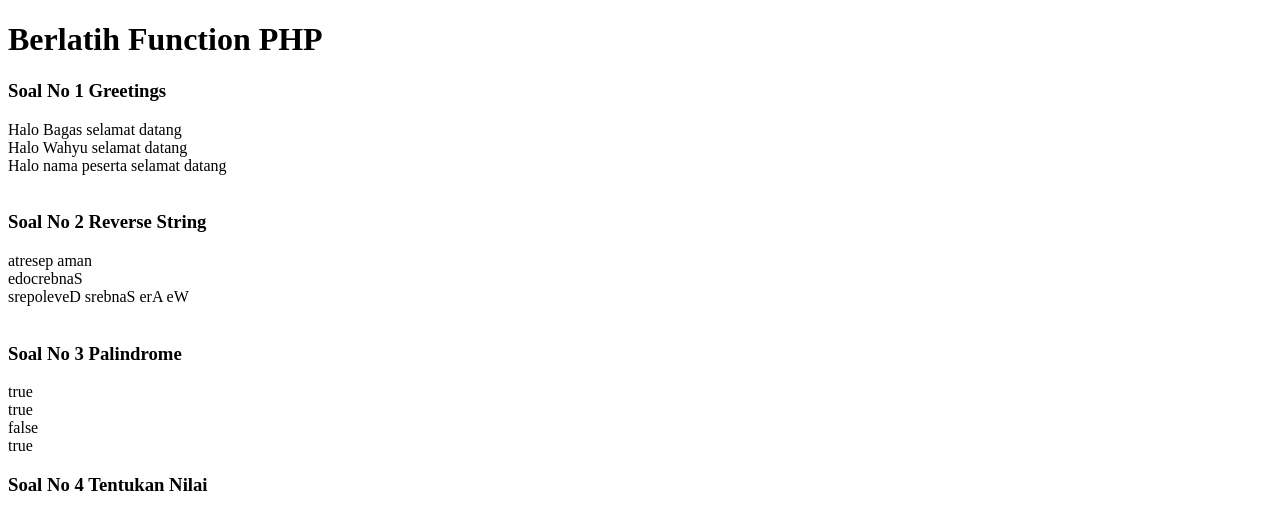
Repository: mfarhannr/IM-Sanbercode-Laravel-Web-Dev
Page: http://localhost/function-conditional.php
An editor plug-in stored every save of this project. The page is shown before and after the next save, followed by the edit.
The browser window is 1280 px wide. The pictures show the whole page.
The page is run by PHP 8.4 with error messages shown; the project is at /var/www/html/.

Above is the page before, as saved 2023-10-06 13:27:05.

### Soal-8-PHP/function-conditional.php
<!DOCTYPE html>
<html lang="en">

<head>
<meta charset="UTF-8">
<meta name="viewport" content="width=device-width, initial-scale=1.0">
<meta http-equiv="X-UA-Compatible" content="ie=edge">
<title>Function</title>
</head>

<body>
<h1>Berlatih Function PHP</h1>
<?php

echo "<h3> Soal No 1 Greetings </h3>";
/*
Soal No 1
Greetings
Buatlah sebuah function greetings() yang menerima satu parameter berupa string.

contoh: greetings("abduh");
Output: "Halo Abduh, Selamat Datang di Sanbercode!"
*/

// Code function di sini
function greetings($nama){
    echo "Halo ". $nama . " selamat datang <br>";
}

// Hapus komentar untuk menjalankan code!
greetings("Bagas");
greetings("Wahyu");
greetings("nama peserta");

echo "<br>";

echo "<h3>Soal No 2 Reverse String</h3>";
/*
Soal No 2
Reverse String
Buatlah sebuah function reverseString() untuk mengubah string berikut menjadi kebalikannya menggunakan function dan looping (for/while/do while).
Function reverseString menerima satu parameter berupa string.
NB: DILARANG menggunakan built-in function PHP sepert strrev(), HANYA gunakan LOOPING!

reverseString("abdul");
Output: ludba

*/

// Code function di sini
function reverse($kata1){
    $panjangKata = strlen($kata1);
    $tampung = "";
    for($i=($panjangKata - 1 ); $i>=0; $i--){
        $tampung .= $kata1[$i];
    }
    return $tampung;
}

function reverseString($kata2){
    $string=reverse($kata2);
    echo  $string . "<br>";
}

// Hapus komentar di bawah ini untuk jalankan Code
reverseString("nama peserta");
reverseString("Sanbercode");
reverseString("We Are Sanbers Developers");
echo "<br>";

echo "<h3>Soal No 3 Palindrome </h3>";
/*
Soal No 3
Palindrome
Buatlah sebuah function yang menerima parameter berupa string yang mengecek apakah string tersebut sebuah palindrome atau bukan.
Palindrome adalah sebuah kata atau kalimat yang jika dibalik akan memberikan kata yang sama contohnya: katak, civic.
Jika string tersebut palindrome maka akan mengembalikan nilai true, sedangkan jika bukan palindrome akan mengembalikan false.
NB:
Contoh:
palindrome("katak") => output : "true"
palindrome("jambu") => output : "false"
NB: DILARANG menggunakan built-in function PHP seperti strrev() dll. Gunakan looping seperti biasa atau gunakan function reverseString dari jawaban no.2!

*/


// Code function di sini
function palindrome($str) {
    $str = strtolower($str); // Mengubah semua huruf kecil
    $len = strlen($str);

    for ($i = 0; $i < $len/2; $i++) {
        if ($str[$i] != $str[$len - $i - 1]) {
            return "false";
        }
    }

    return "true";
}

// Hapus komentar di bawah ini untuk jalankan code
echo palindrome("civic") . "<br>"; // Output: true
echo palindrome("nababan"). "<br>"; // Output: true
echo palindrome("jambaban"). "<br>"; // Output: false
echo palindrome("racecar"). "<br>"; // Output: true

echo "<h3>Soal No 4 Tentukan Nilai </h3>";
/*
Soal 4
buatlah sebuah function bernama tentukan_nilai . Di dalam function tentukan_nilai yang menerima parameter
berupa integer. dengan ketentuan jika paramater integer lebih besar dari sama dengan 85 dan lebih kecil sama dengan 100 maka akan mereturn String “Sangat Baik”
Selain itu jika parameter integer lebih besar sama dengan 70 dan lebih kecil dari 85 maka akan mereturn string “Baik” selain itu jika parameter number lebih besar
sama dengan 60 dan lebih kecil dari 70 maka akan mereturn string “Cukup” selain itu maka akan mereturn string “Kurang”
*/

// Code function di sini
function tentukan_nilai($angka){

}
// Hapus komentar di bawah ini untuk jalankan code
// echo tentukan_nilai(98); //Sangat Baik
// echo tentukan_nilai(76); //Baik
// echo tentukan_nilai(67); //Cukup
// echo tentukan_nilai(43); //Kurang


?>

</body>

</html>

After the next save:
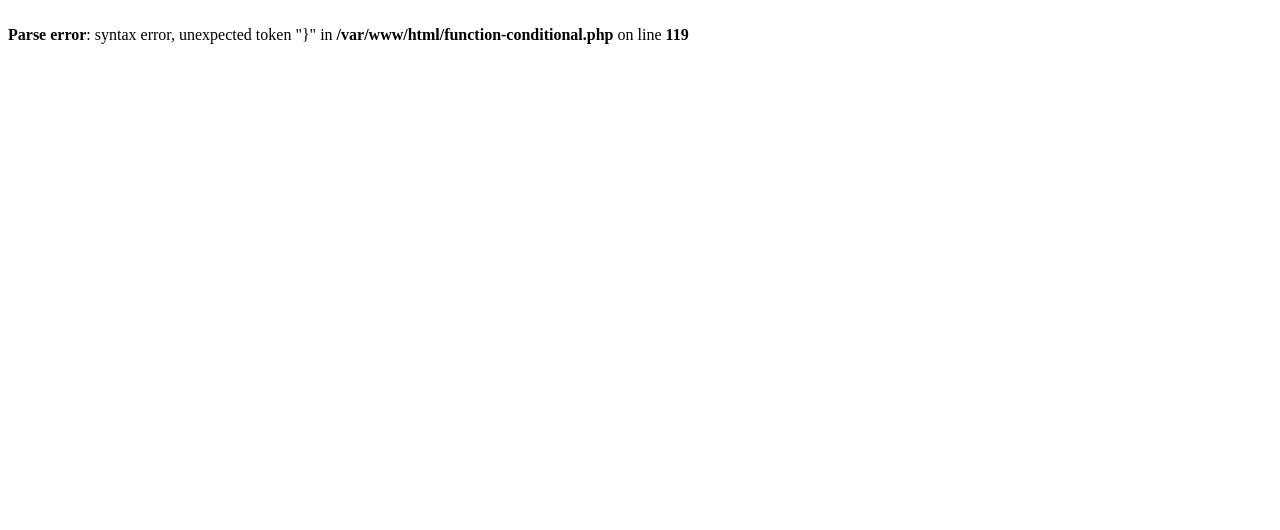
Saved 10 s later.
--- a/Soal-8-PHP/function-conditional.php
+++ b/Soal-8-PHP/function-conditional.php
@@ -115,7 +115,7 @@
 
 // Code function di sini
 function tentukan_nilai($angka){
-
+    $output
 }
 // Hapus komentar di bawah ini untuk jalankan code
 // echo tentukan_nilai(98); //Sangat Baik

After the 2 saves that followed:
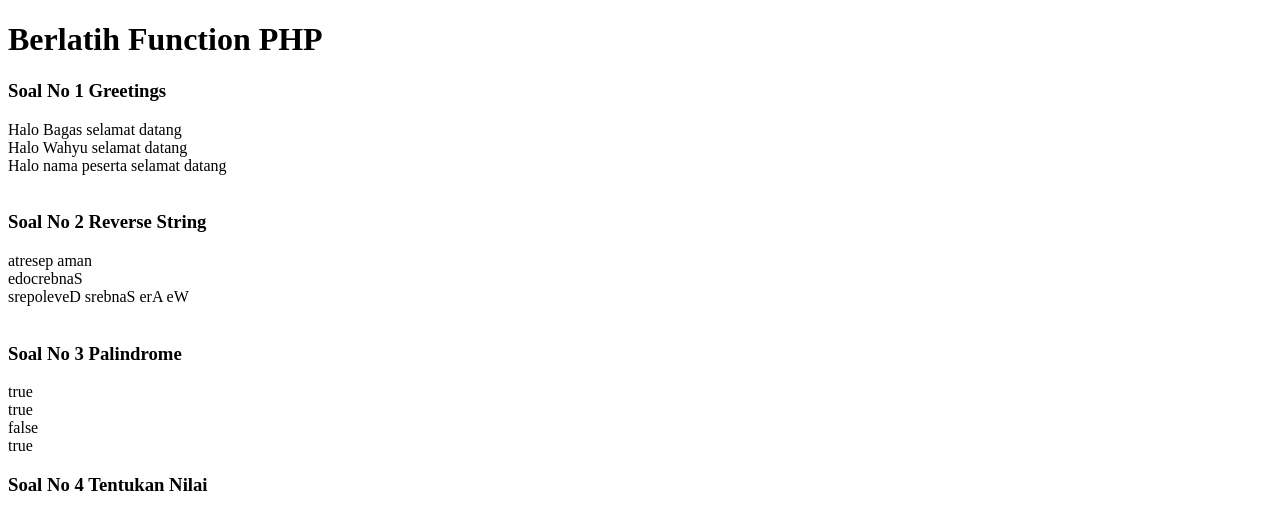
The 2 saves are shown as one change because they came seconds apart.
The last was saved 5 s later.
--- a/Soal-8-PHP/function-conditional.php
+++ b/Soal-8-PHP/function-conditional.php
@@ -115,7 +115,7 @@
 
 // Code function di sini
 function tentukan_nilai($angka){
-    $output
+    $output = '';
 }
 // Hapus komentar di bawah ini untuk jalankan code
 // echo tentukan_nilai(98); //Sangat Baik
